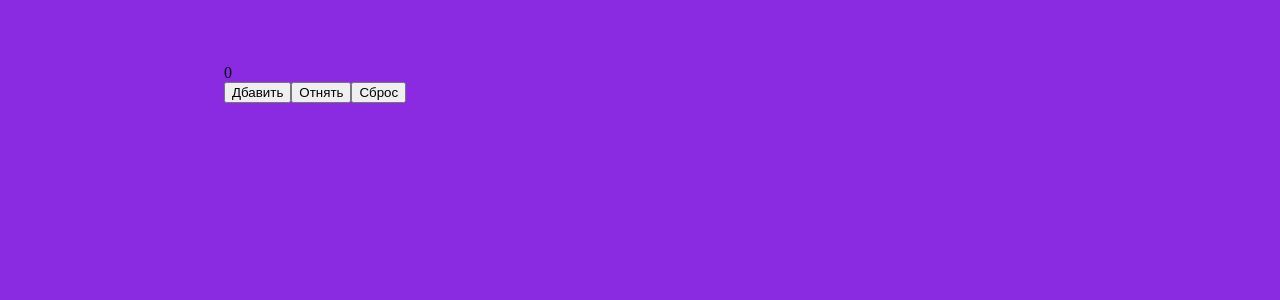
Repository: Denzoll/redux-toolkit-counter
Page: /
An editor plug-in stored every save of this project. The page is shown before and after the next save, followed by the edit.
The browser window is 1280 px wide. The pictures show the whole page.
The project was rebuilt for these pictures with package versions that can differ from the ones it lists, and the page was loaded fresh each time. Also part of the build but not shown: src/index.css.

Above is the page before, as saved 2022-06-27 13:29:09.

### src/index.js
import React from 'react';
import ReactDOM from 'react-dom/client';
import './index.css';
import App from './App';
import { store } from './app/store';
import { Provider } from 'react-redux/es/exports';


const root = ReactDOM.createRoot(document.getElementById('root'));
root.render(

   <Provider store={store}>
    <App />

  </Provider>

);

// If you want to start measuring performance in your app, pass a function
// to log results (for example: reportWebVitals(console.log))
// or send to an analytics endpoint. Learn more: https://bit.ly/CRA-vitals

### src/App.js
import { useSelector, useDispatch } from "react-redux";
import { minus, plus, zero } from "./feauters/counterReducer";
import './App.css'

function App() {
  const num = useSelector((state) => state.counter);
  const dispach = useDispatch();
  const handleInc = () => {
    dispach(plus());
  };
  const handleDel = () => {
    dispach(minus());
  };

  const z = () => {
    dispach(zero());
  };
  return (
    <>
    <div className="cont">
      <div className="count">{num}</div>
      <button onClick={handleInc}> Дбавить </button>
      <button onClick={handleDel}>Отнять</button>
      <button onClick={z}> Сброс </button>
      </div>
    </>
  );
}

export default App;

### src/app/store.js
import { configureStore } from "@reduxjs/toolkit";
import counterReducer from "../feauters/counterReducer";

export const  store = configureStore({
    reducer:counterReducer
})

### src/feauters/counterReducer.js
import { createAction } from "@reduxjs/toolkit/";
import { createReducer } from "@reduxjs/toolkit";

const initialState = {
  counter: 0,
};
export const plus = createAction("plus");
export const minus = createAction("minus");
export const zero = createAction("zero");

const counterReducer = createReducer(initialState, (builder) => {
  builder
    .addCase(plus, (state, action) => {
      state.counter += 1;
    })
    .addCase(minus, (state) => {
      if (state.counter > 0) {
        state.counter -= 1;
      }
    })
    .addCase(zero, (state) => {
      state.counter = 0;
    });
});

export default counterReducer;

### src/App.css
body {
  background-color: blueviolet;
  margin:0 auto;
  width: 65%;
  margin-top: 5%;
}



.cont {
  align-items: center;
}
/*
.count {
  font-size: 100px;
  margin-left: 7%;
} */

Loaded but not shown: public/index.html (common file)

After the next save:
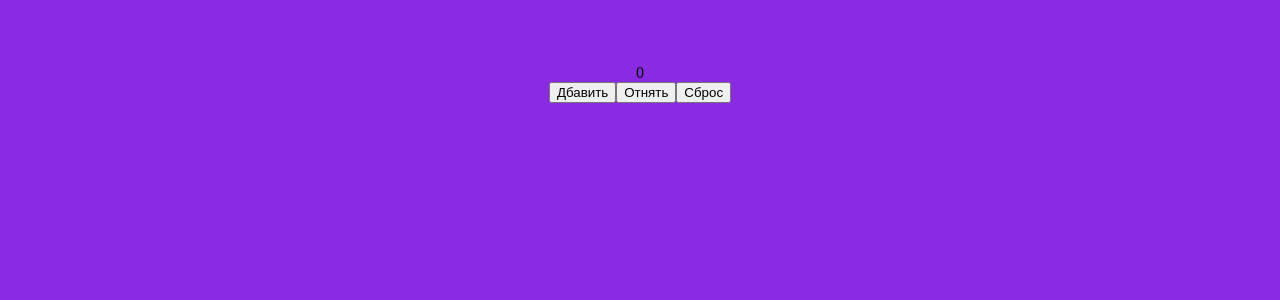
Saved 7 s later.
--- a/src/App.css
+++ b/src/App.css
@@ -8,7 +8,7 @@ body {
 
 
 .cont {
-  align-items: center;
+  text-align: center;
 }
 /*
 .count {
